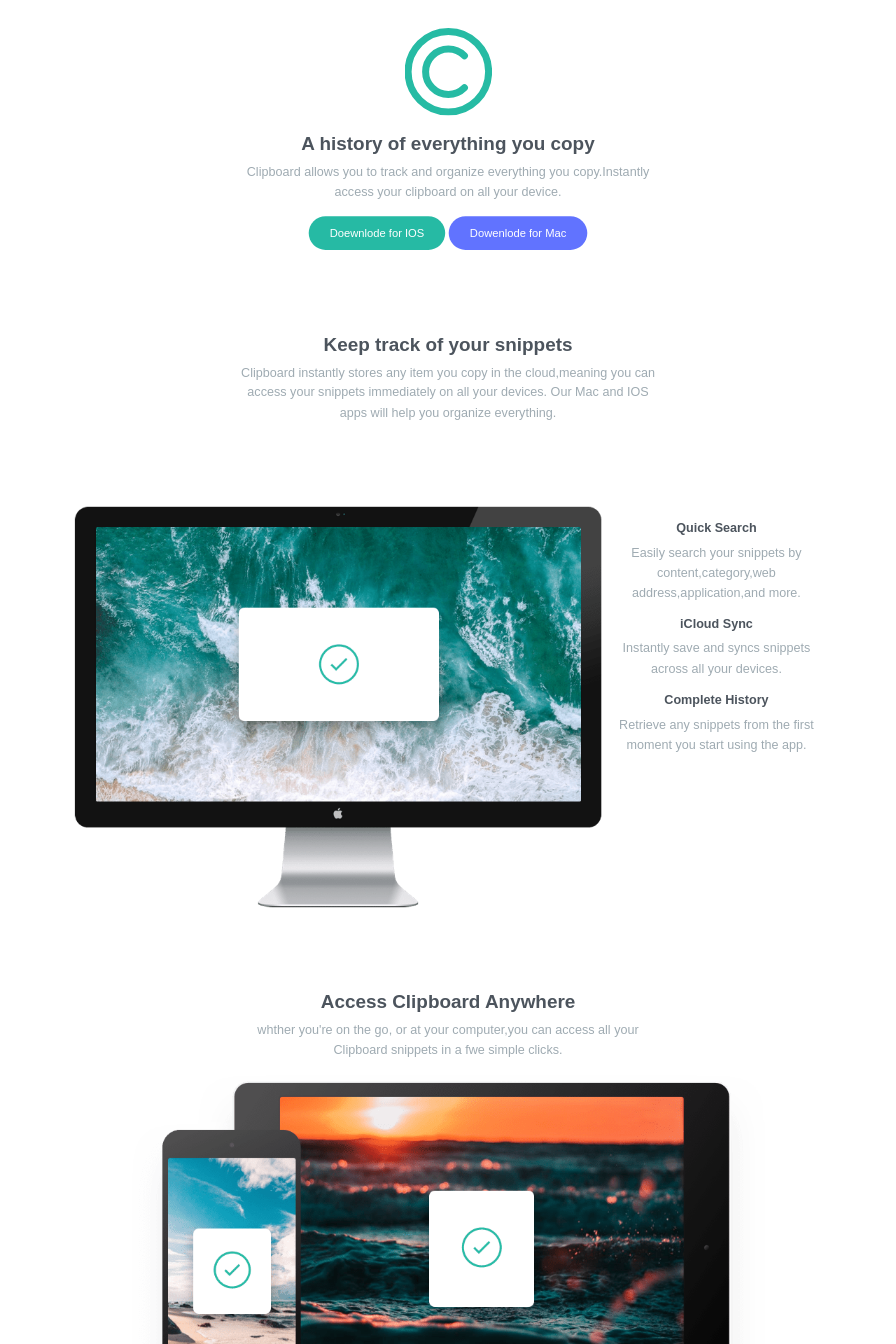
Repository: moataz305G/Clipboard-landing-page
Page: index.html
These files come from the project's save history. The page is drawn as it stood at one moment and after the next save; the edit follows.
The browser window is 1280 px wide. The pictures show the part of the page from y = 0 to 1920 px (the page is 3092 px tall before and 3172 px after), at 70% of full size.

Above is the page before, as saved 2025-12-24 11:00:03.

### index.html
<!DOCTYPE html>
<html lang="en">
  <head>
    <meta charset="UTF-8" />
    <meta name="viewport" content="width=device-width, initial-scale=1.0" />

    <link
      rel="icon"
      type="image/png"
      sizes="32x32"
      href="./images/favicon-32x32.png"
    />
    <title>Clipboard landing page</title>
    <link rel="stylesheet" href="style.css" />
  </head>
  <body>
    <header></header>

    <main class="container">
      <section class="hero section">
        <img class="hero__logo" src="images/logo.svg" alt="Clipboard Logo" />

        <h1 class="hero__title">A history of everything you copy</h1>
        <p>
          Clipboard allows you to track and organize everything you
          copy.Instantly access your clipboard on all your device.
        </p>
        <button class="btn btn--ios">Doewnlode for IOS</button>
        <button class="btn btn--mac">Dowenlode for Mac</button>
      </section>

      <section class="snippets section">
        <h2>Keep track of your snippets</h2>
        <p>
          Clipboard instantly stores any item you copy in the cloud,meaning you
          can access your snippets immediately on all your devices. Our Mac and
          IOS apps will help you organize everything.
        </p>
      </section>

      <section class="fuatures section">
        <img
          class="fuature__image"
          src="images/image-computer.png"
          alt="Fuatures image "
        />
        <div class="fuatures__text">
          <div>
            <h4>Quick Search</h4>
            <p>
              Easily search your snippets by content,category,web
              address,application,and more.
            </p>
          </div>
          <div>
            <h4>iCloud Sync</h4>
            <p>Instantly save and syncs snippets across all your devices.</p>
          </div>
          <div>
            <h4>Complete History</h4>
            <p>
              Retrieve any snippets from the first moment you start using the
              app.
            </p>
          </div>
        </div>
      </section>

      <section class="access_anywhere section">
        <h2>Access Clipboard Anywhere</h2>
        <p>
          whther you're on the go, or at your computer,you can access all your
          Clipboard snippets in a fwe simple clicks.
        </p>
        <img
          class="access_anywhere__image"
          src="images/image-devices.png"
          alt="Access Clipboard Anywhere_image"
        />
      </section>

      <section class="workflow section">
        <div class="workflow__title">
          <h2>Supercharge your workflow</h2>
          <p>We've got the tools tomboost your productivity.</p>
        </div>

        <div class="workflow__tools">
          <div class="blacklist">
            <img src="images/icon-blacklist.svg " alt="icon-blacklist" />
            <h3>Creat blacklists</h3>
            <p>
              Ensure sensitive information never makes it way to your clipboard
              by excluding certain sources.
            </p>
          </div>

          <div class="Plane-text">
            <img src="images/icon-text.svg" alt="icon-text" />
            <h3>Plane text snippets</h3>
            <p>
              Remove unwanted formatting from copied text for a consisitent
              look.
            </p>
          </div>

          <div class="preview">
            <img src="images/icon-preview.svg " alt="icon-preview" />
            <h3>Sneak preview</h3>
            <p>
              Quick preview of all snippets on your clipboard for easy access
            </p>
          </div>
        </div>
      </section>

      <section class="largest-companies">
        <img src="images/logo-google.png" alt="logo-google" />
        <img src="images/logo-ibm.png" alt="logo-ibm" />
        <img src="images/logo-microsoft.png" alt="logo-microsoft" />
        <img src="images/logo-hp.png" alt="logo-hp" />
        <img src="images/logo-vector-graphics.png" alt="logo-vector-graphics" />
      </section>

      <section class="Doewnlode">
        <h2>Clipboard for iOS and Mac OS</h2>
        <p>
          Available for free on the app store,Download for Mac or ios, sync with
          iCloud and you're ready to start adding to your clipboard.
        </p>
        <button class="btn btn--ios">Download for iOS</button>
        <button class="btn btn--mac">Download for Mac</button>
      </section>
    </main>

    <footer class="footer">
      <div class="footer__links">
        <a href="#">FAQs</a>
        <a href="#">Contact Us</a>
        <a href="#">Privacy Policy</a>
      </div>
      <div class="footer__social-media">
        <a class="footer__icon"><img src="images/icon-facebook.svg" /></a>
        <a class="footer__icon"><img src="images/icon-twitter.svg" /></a>
        <a class="footer__icon"><img src="images/icon-instagram.svg" /></a>
      </div>
    </footer>
  </body>
</html>

### style.css
* {
  margin: 0;
  padding: 0;
}
.container {
  width: auto;
  height: auto;
  margin: 0 auto;
  font-size: 18px;
  font-family: "Bai Jamjuree", sans-serif;
  /* font-weight: 400px; */
}
h1,
h2,
h3,
h4 {
  color: #4c545d;
  margin-top: 20px;
  margin-bottom: 10px;
}
h2 {
  color: #4c545d;
  margin-top: 20px;
  margin-bottom: 10px;
}
h1,
h2,
h3,
h4 {
  font-weight: 600;
}
p {
  max-width: 600px;
  color: #9fabb2;
  margin: 0 auto;
  margin-top: 10px;
  margin-bottom: 20px;

  line-height: 1.6;
  text-align: center;
}

.container {
  display: grid;
  text-align: center;
  padding: 40px;
  row-gap: 100px;
}

/* button */
.btn {
  color: #fff;
  border: none;
  padding: 15px 30px;
  font-size: 16px;
  cursor: pointer;
  border-radius: 30px;
}
.btn--ios {
  background-color: #26baa4ff;
  transition: background-color 0.3s;
}
.btn--ios:hover {
  background-color: #20a18f;
}

.btn--mac {
  background-color: #6173ff;
  transition: background-color 0.3s;
}

.btn--mac:hover {
  background-color: #5262e0;
}
/* end button */

/* fuatures */
.fuatures {
  display: flex;
  justify-content: center;
  gap: 15px;
}
/* .fuature__image {
  width: 100%;
} */
.fuatures__text p {
  max-width: 300px;
}
/* end fuatures */

/* workflow */
.workflow {
  display: grid;
  gap: 40px;
}
.workflow__title {
  text-align: center;
}

.workflow__tools {
  display: flex;
  justify-content: center;
  gap: 30px;
}
/* end workflow */

/* largest */
.largest-companies {
  display: flex;
  justify-content: center;
  gap: 30px;
}
/* End largest */

/* Doewnlode */
/* End Doewnlode */

/* footer */
footer {
  display: flex;
  justify-content: space-between;
  padding: 20px 200px;
}
.footer__links {
  display: flex;
  justify-content: center;
  gap: 20px;
}
.footer__links a {
  text-decoration: underline dotted;
  color: hsl(210, 10%, 33%);
  transition: color 0.3s;
}

.footer__links a:hover {
  color: #26baa4ff;
}
.footer__social-media {
  display: flex;
  justify-content: center;
  gap: 15px;
  cursor: pointer;
}
.footer__icon:hover {
  transform: scale(1.2);
}
/* end footer */

After the next save:
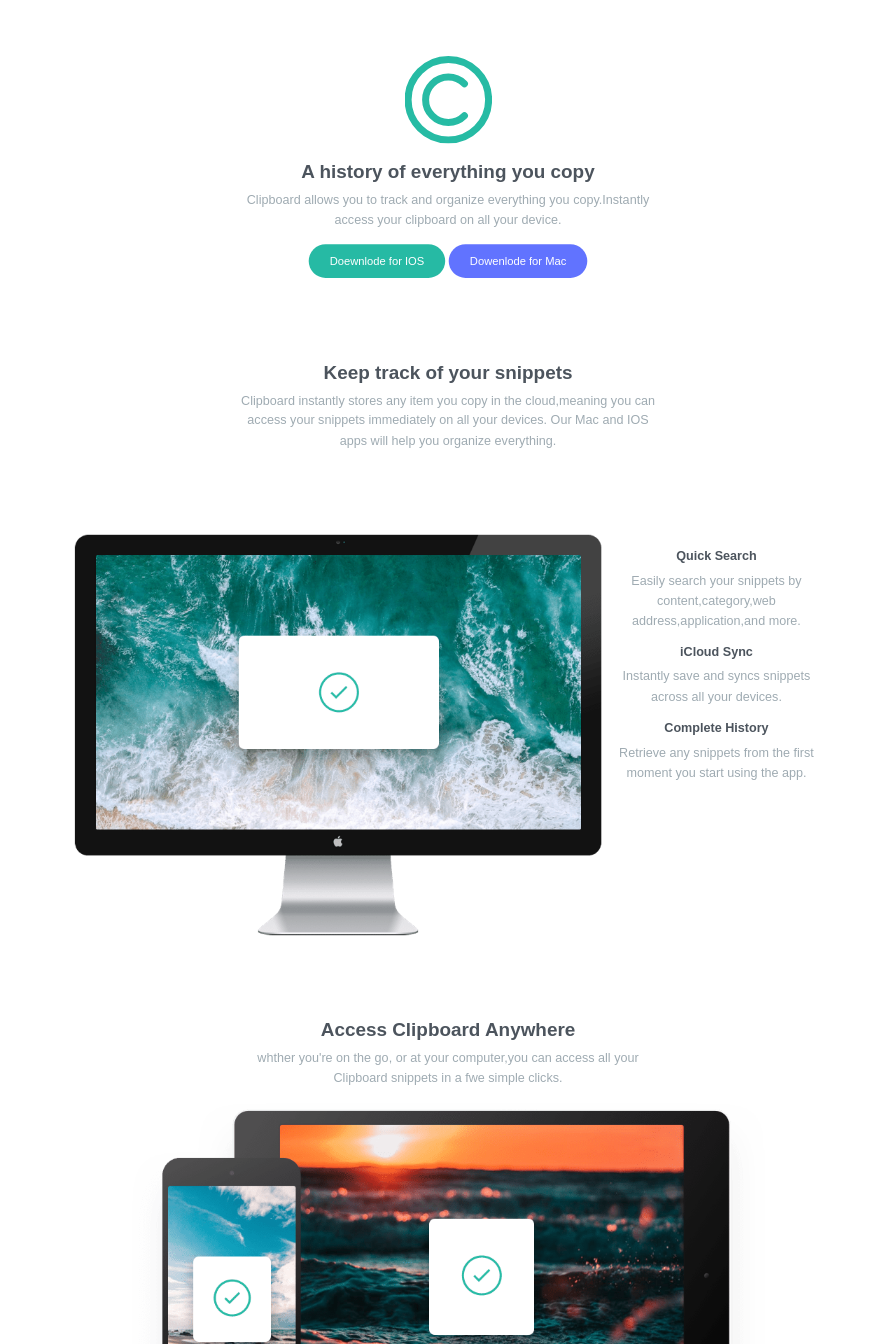
Saved 15 min 11 s later.
--- a/style.css
+++ b/style.css
@@ -43,7 +43,8 @@
 .container {
   display: grid;
   text-align: center;
-  padding: 40px;
+  /* padding: 40px; */
+  margin: 80px 50px;
   row-gap: 100px;
 }
 
